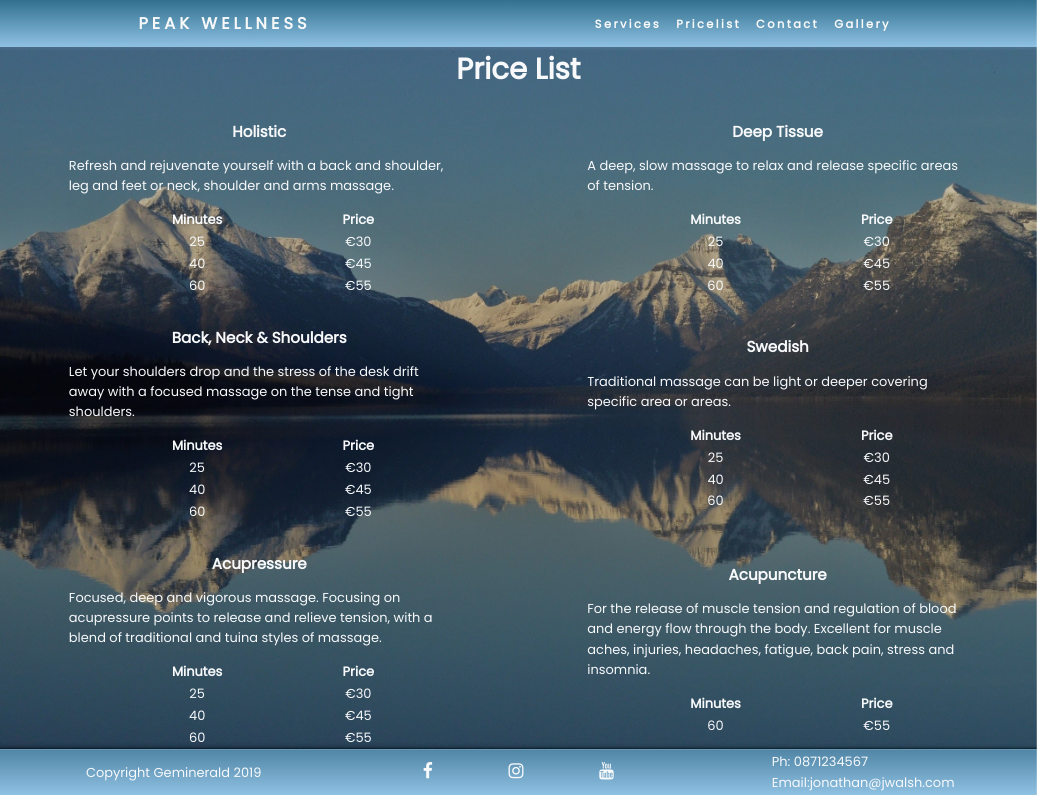
Repository: geminerald/peakwellness
Page: prices.html
The author's editor kept a record of every edit. The page is drawn from the files as they stood at one moment, then again after the next edit.
The browser window is 1280 px wide. The page is 1280 px wide, then 1300 px, so the pictures cover 1300 px, including what lies to the right of the window. The pictures show the whole page, at 81% of full size.

Above is the page before.

After the next edit:
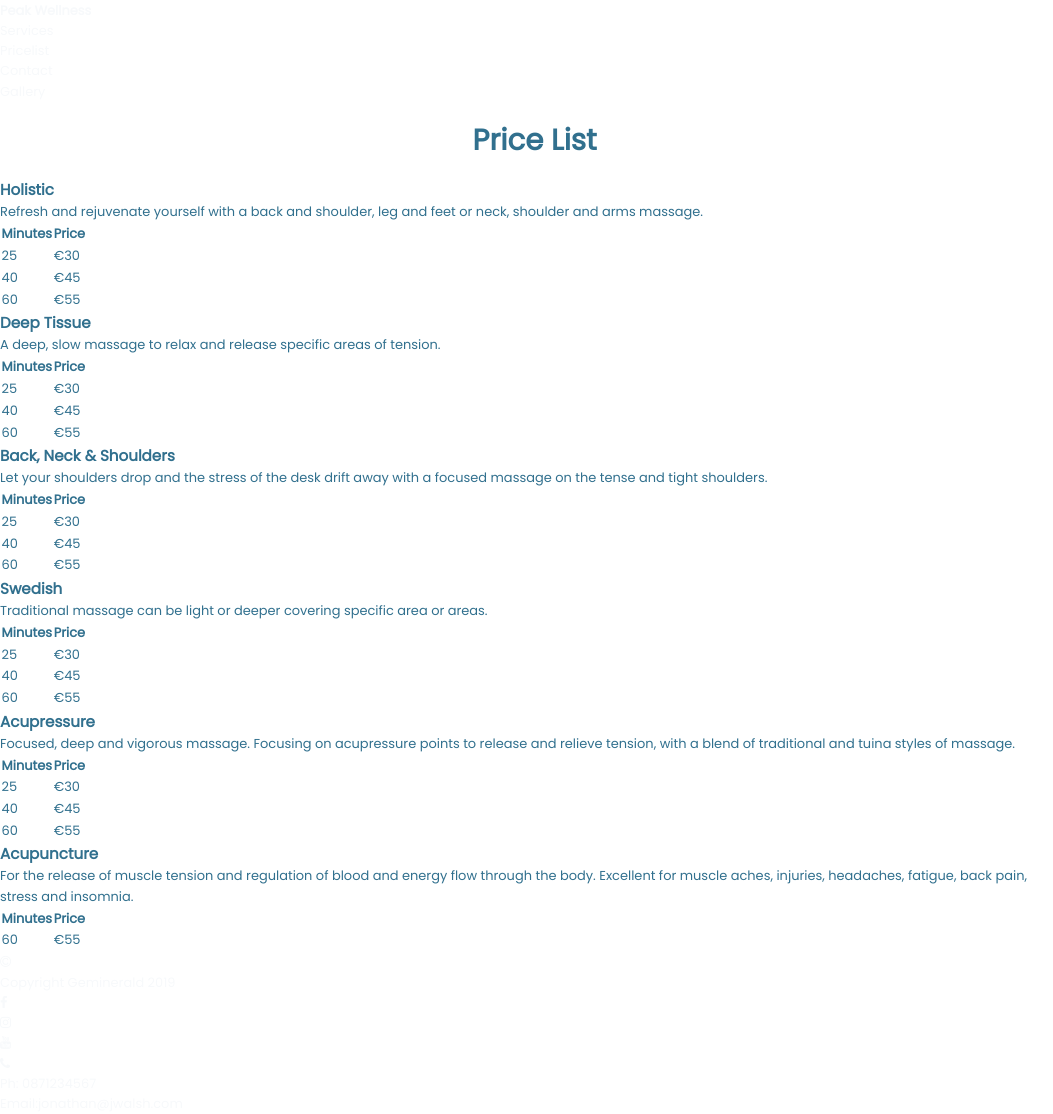
The edit:
--- a/assets/style.css
+++ b/assets/style.css
@@ -41,8 +41,8 @@
 
 
 .price-container{
-    color:#f7f9fb;
-    background-image: url("../images/price-bg.jpg");
+    color:#31708e;
+   /* background-image: url("../images/price-bg.jpg");
     background-repeat: no-repeat;
     background-position: center;
     background-size: cover;
